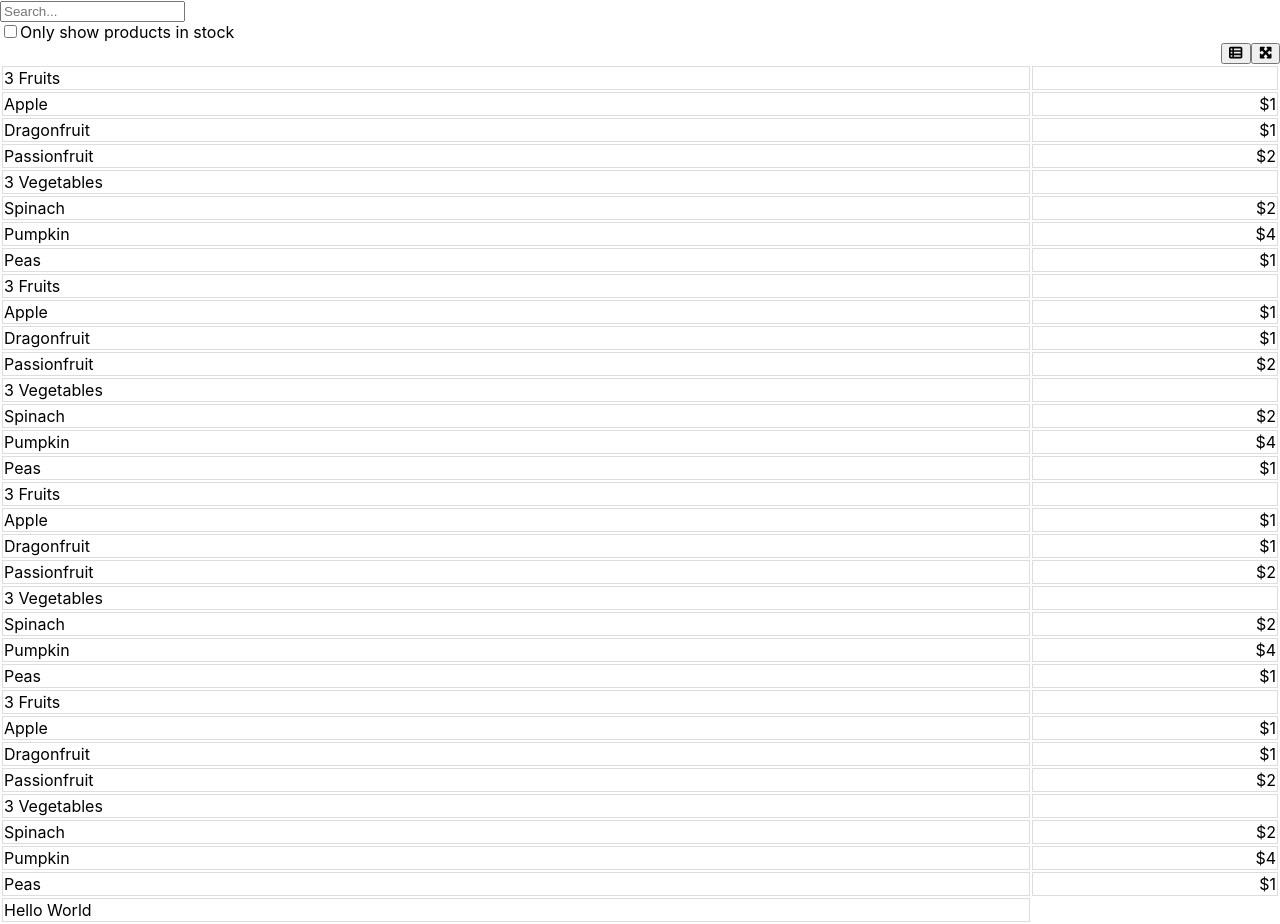
Repository: mariocapitbrok/reactjs-learn
Page: / (app in 05_filtered-data-table/)
These files come from the project's save history. The page is drawn as it stood at one moment and after the next save; the edit follows.
The browser window is 1280 px wide. The pictures show the whole page.
The project was rebuilt for these pictures with package versions that can differ from the ones it lists, and the page was loaded fresh each time. Also part of the build but not shown: 05_filtered-data-table/src/components/Table/Caption.jsx, 05_filtered-data-table/src/components/Table/Tr.jsx, 05_filtered-data-table/src/components/Table/Th.jsx.

Above is the page before, as saved 2023-02-28 13:59:56.

### 05_filtered-data-table/src/App.js
import SearchInput from './components/SearchInput'
import ToogleOption from './components/ToogleOption'
import Table from './components/Table'
import tableData from './data/tableData'
import './App.css'

function App() {
  return (
    <div className="App">
      <SearchInput />
      <ToogleOption />
      <Table id="my-table" data={tableData} />
    </div>
  )
}

export default App

### 05_filtered-data-table/src/components/SearchInput.jsx
function SearchInput() {
  return (
    <div>
      <input type="text" placeholder="Search..." />
    </div>
  )
}

export default SearchInput

### 05_filtered-data-table/src/components/ToogleOption.jsx
function ToogleOption() {
  return (
    <div>
      <label>
        <input type="checkbox" />
        {`Only show products in stock`}
      </label>
    </div>
  )
}

export default ToogleOption

### 05_filtered-data-table/src/components/Table.jsx
import TopMenu from './Table/TopMenu'
import '../App.css'

function Table({ id, classes, data }) {
  let className = classes ? classes : 'capitbrok'
  return (
    <>
      <TopMenu />
      <table id={id} className={className}>
        {data}
      </table>
    </>
  )
}

export default Table

### 05_filtered-data-table/src/data/tableData.js
import Caption from '../components/Table/Caption'
import THead from '../components/Table/THead'
import TBody from '../components/Table/TBody'
import TFoot from '../components/Table/TFoot'
import Tr from '../components/Table/Tr'
import Th from '../components/Table/Th'
import Td from '../components/Table/Td'

const products = require('./products')
const groupData = require('../components/Table/helpers/groupData')
const createUniqueKey = require('../components/Table/helpers/createUniqueKey')

const headers = {
  name: null,
  price: null,
}

let rows = []
let jsxRows = []

const categories = groupData(products, 'category').map(i => ({
  category: `${i.itemsCount} ${i.category}`,
  itemsCount: ``,
  items: i.items,
}))
categories.forEach(c => {
  const { items, ...rest } = c
  rows.push({ ...rest })
  rows.push(...items.map(i => ({ name: i.name, price: i.price })))
})

jsxRows.push(...createRows(rows, false))

/* console.log(createUniqueKey())
console.log(rows)
console.log(jsxRows) */

const tableData = (
  <>
    <THead>{jsxRows}</THead>
    <THead jsxRows={jsxRows} />
    <TBody>{jsxRows}</TBody>
    <TBody jsxRows={jsxRows} />
    <tbody>
      <tr>
        <Td>Hello World</Td>
      </tr>
    </tbody>
  </>
)

export default tableData

function createRows(rows, isHeader = false) {
  return rows.map(row => {
    const cells = createCells(row, isHeader)
    return <tr key={row.id || createUniqueKey()}>{cells}</tr>
  })
}

function createCells(row, isHeader = false) {
  return Object.entries(row).map(([key, value]) => {
    if (!Array.isArray(value)) {
      if (isHeader) {
        return (
          <th
            key={row.id ? `${row.id}-${key}` : createUniqueKey()}
            className={key}
          >
            {value}
          </th>
        )
      } else {
        return (
          <td
            key={row.id ? `${row.id}-${key}` : createUniqueKey()}
            className={key}
          >
            {value}
          </td>
        )
      }
    } else {
      return null
    }
  })
}

### 05_filtered-data-table/src/App.css

/* Table*/
#my-table {
  width: 100%;
}

#my-table th {
  text-align: left;
}

#my-table th, #my-table td {
  border: 1px solid #ddd;
}

td.price {
  text-align: right;
}

th {
  text-transform: capitalize;
}

th.description {
  min-width: 300px;
}

.image {
  max-width: 300px;
  overflow-wrap: break-word;
}

/* Table header menu */
.top-menu {
  float: right;
}

### 05_filtered-data-table/src/components/Table/TopMenu.jsx
import { FontAwesomeIcon } from '@fortawesome/react-fontawesome'
import { faMaximize, faTableList } from '@fortawesome/free-solid-svg-icons'
import '../../App.css'

function TopMenu() {
  return (
    <div className="top-menu">
      <button className="densityBtn">
        <FontAwesomeIcon icon={faTableList} />
      </button>
      <button className="fullScreenBtn">
        <FontAwesomeIcon icon={faMaximize} />
      </button>
    </div>
  )
}

export default TopMenu

### 05_filtered-data-table/src/components/Table/THead.jsx
function THead({ jsxRows, children, ...restProps }) {
  return (
    <thead {...restProps}>
      {jsxRows}
      {children}
    </thead>
  )
}

export default THead

### 05_filtered-data-table/src/components/Table/TBody.jsx
function TBody({ jsxRows, children, ...restProps }) {
  return (
    <tbody {...restProps}>
      {jsxRows}
      {children}
    </tbody>
  )
}

export default TBody

### 05_filtered-data-table/src/components/Table/Td.jsx
function Td({ key, children, classes }) {
  let className = classes ? classes : 'capitbrok'

  return (
    <td key={key} className={className}>
      {children}
    </td>
  )
}

export default Td

### 05_filtered-data-table/src/data/products.js
const PRODUCTS = [
  { category: 'Fruits', price: '$1', stocked: true, name: 'Apple' },
  { category: 'Fruits', price: '$1', stocked: true, name: 'Dragonfruit' },
  { category: 'Fruits', price: '$2', stocked: false, name: 'Passionfruit' },
  { category: 'Vegetables', price: '$2', stocked: true, name: 'Spinach' },
  { category: 'Vegetables', price: '$4', stocked: false, name: 'Pumpkin' },
  { category: 'Vegetables', price: '$1', stocked: true, name: 'Peas' },
]

module.exports = PRODUCTS

### 05_filtered-data-table/src/components/Table/helpers/groupData.js
function groupData(data, categoryFieldName) {
  const categories = []

  data.forEach(item => {
    const categoryValue = item[categoryFieldName]

    if (!Array.isArray(categoryValue)) {
      const index = categories.findIndex(
        category => category.category === categoryValue
      )

      if (index === -1) {
        categories.push({
          category: categoryValue,
          items: [item],
          itemsCount: 1,
        })
      } else {
        categories[index].items.push(item)
        categories[index].itemsCount += 1
      }
    } else {
      categoryValue.forEach(value => {
        const index = categories.findIndex(
          category => category.category === value
        )

        if (index === -1) {
          categories.push({
            category: value,
            items: [item],
            itemsCount: 1,
          })
        } else {
          categories[index].items.push(item)
          categories[index].itemsCount += 1
        }
      })
    }
  })

  const categoriesB = categories.map(category => ({
    ...category,
    items: category.items.map(item => {
      const { [categoryFieldName]: ignored, ...rest } = item
      return rest
    }),
  }))

  return categoriesB
}

module.exports = groupData

### 05_filtered-data-table/src/components/Table/helpers/createUniqueKey.js
function createUniqueKey() {
  const randomStr = Math.random().toString(36).slice(2, 11)
  return `${randomStr}`
}

module.exports = createUniqueKey

### 05_filtered-data-table/src/components/Table/TFoot.jsx
function TFoot({ jsxRows, children, ...restProps }) {
  return (
    <tfoot {...restProps}>
      {jsxRows}
      {children}
    </tfoot>
  )
}

export default TFoot

Loaded but not shown: 05_filtered-data-table/public/index.html (common file); 05_filtered-data-table/src/index.js (common file); 05_filtered-data-table/src/index.css (common file); 05_filtered-data-table/src/reportWebVitals.js (common file)

After the next save:
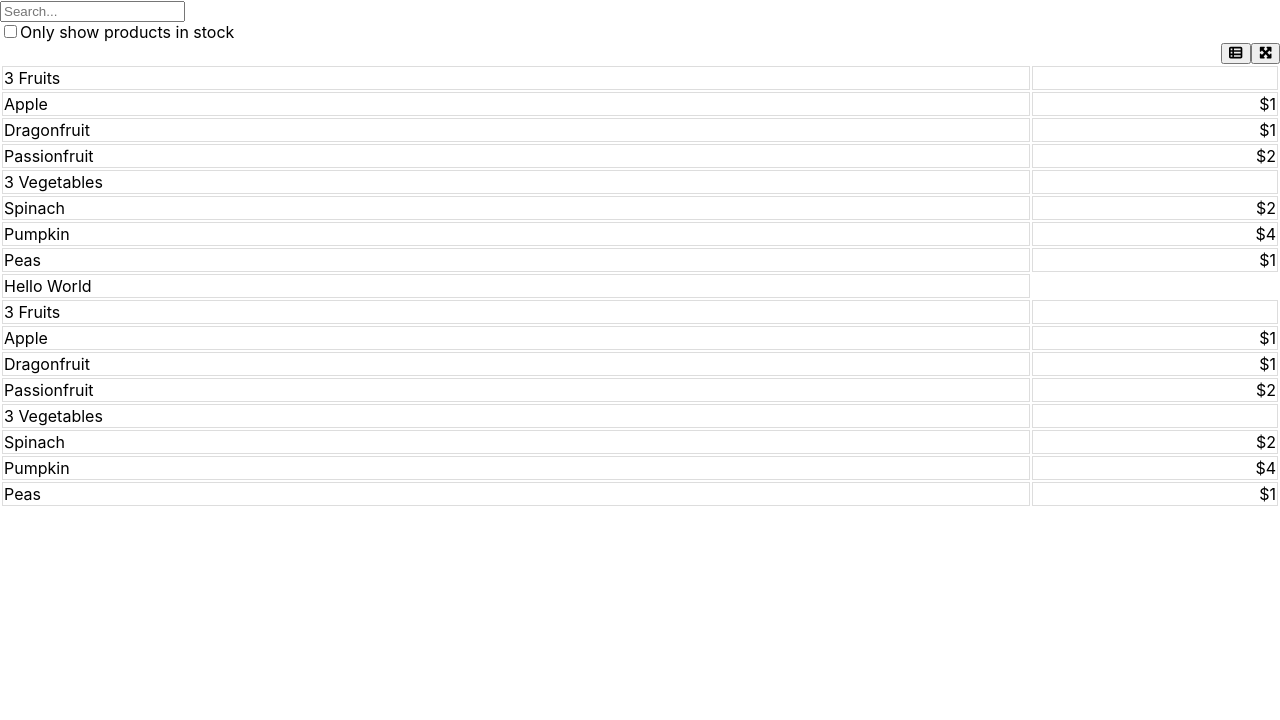
Saved 23 s later.
--- a/05_filtered-data-table/src/data/tableData.js
+++ b/05_filtered-data-table/src/data/tableData.js
@@ -37,10 +37,8 @@ console.log(jsxRows) */
 
 const tableData = (
   <>
-    <THead>{jsxRows}</THead>
-    <THead jsxRows={jsxRows} />
-    <TBody>{jsxRows}</TBody>
-    <TBody jsxRows={jsxRows} />
+    <TFoot>{jsxRows}</TFoot>
+    <TFoot jsxRows={jsxRows} />
     <tbody>
       <tr>
         <Td>Hello World</Td>
